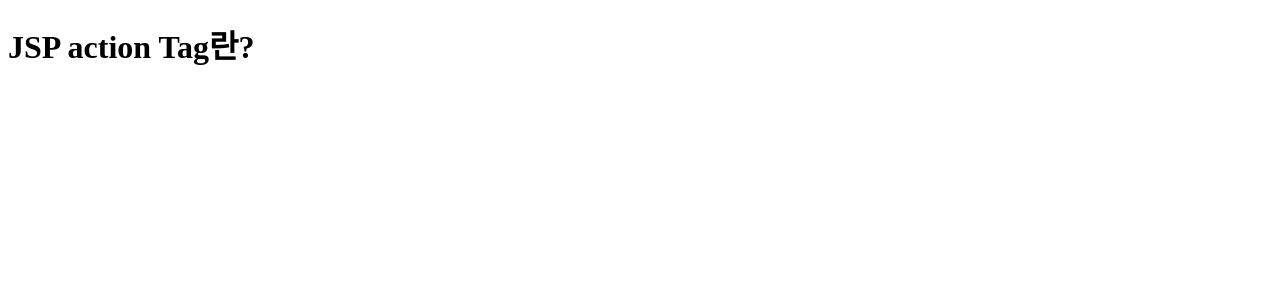
Repository: Seenee-Shin/servlet-jsp
Page: http://localhost/JSPProject/02_action.jsp
These files come from the project's save history. The page is drawn as it stood at one moment and after the next save; the edit follows.
The browser window is 1280 px wide. The pictures show the whole page.
The page is served by Tomcat 9. Other server files are loaded and not shown.

Above is the page before, as saved 2021-11-29 03:25:30.

### JSPProject/src/main/webapp/02_action.jsp
<%@ page language="java" contentType="text/html; charset=UTF-8"
    pageEncoding="UTF-8"%>
<!DOCTYPE html>
<html>
<head>
<meta charset="UTF-8">
<title>02.JSP action tag</title>
</head>
<body>
	<h1> JSP action Tag란?</h1>
</body>
</html>

After the next save:
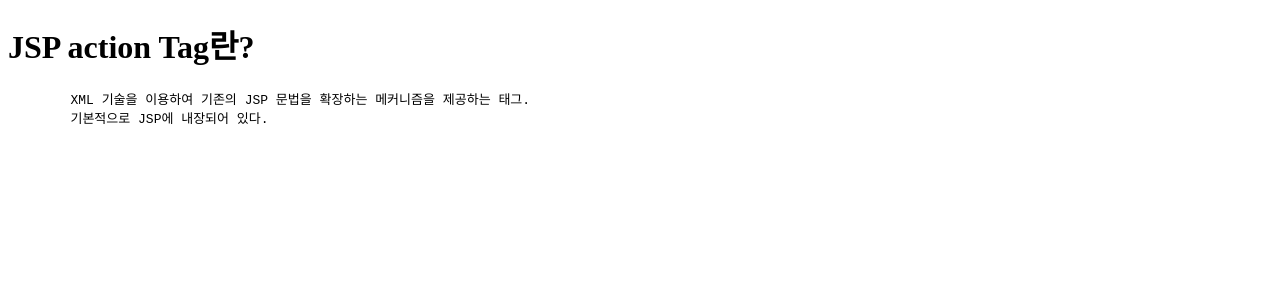
Saved 8 min 17 s later.
--- a/JSPProject/src/main/webapp/02_action.jsp
+++ b/JSPProject/src/main/webapp/02_action.jsp
@@ -8,5 +8,9 @@
 </head>
 <body>
 	<h1> JSP action Tag란?</h1>
+	<pre>
+	XML 기술을 이용하여 기존의 JSP 문법을 확장하는 메커니즘을 제공하는 태그.
+	기본적으로 JSP에 내장되어 있다.
+	</pre>
 </body>
 </html>
